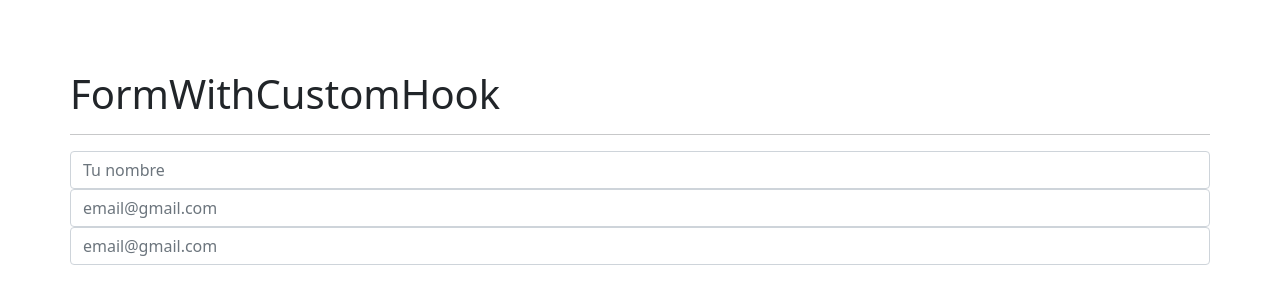
Repository: FlamesAlejandro/practicaReact
Page: /
An editor plug-in stored every save of this project. The page is shown before and after a run of saves, followed by the edit.
The browser window is 1280 px wide. The pictures show the whole page.
The project was rebuilt for these pictures with package versions that can differ from the ones it lists, and the page was loaded fresh each time.

Above is the page before, as saved 2021-05-26 16:38:35.

### public/index.html
<!DOCTYPE html>
<html lang="en">
  <head>
    <meta charset="utf-8" />
    <link rel="icon" href="%PUBLIC_URL%/favicon.ico" />
    <meta name="viewport" content="width=device-width, initial-scale=1" />
    <meta name="theme-color" content="#000000" />
    <meta
      name="description"
      content="Web site created using create-react-app"
    />

    <!--
      manifest.json provides metadata used when your web app is installed on a
      user's mobile device or desktop. See https://developers.google.com/web/fundamentals/web-app-manifest/
    -->
    <link rel="manifest" href="%PUBLIC_URL%/manifest.json" />
    <!--
      Notice the use of %PUBLIC_URL% in the tags above.
      It will be replaced with the URL of the `public` folder during the build.
      Only files inside the `public` folder can be referenced from the HTML.

      Unlike "/favicon.ico" or "favicon.ico", "%PUBLIC_URL%/favicon.ico" will
      work correctly both with client-side routing and a non-root public URL.
      Learn how to configure a non-root public URL by running `npm run build`.
    -->
       <!-- CSS only -->
<link href="https://cdn.jsdelivr.net/npm/bootstrap@5.0.1/dist/css/bootstrap.min.css" rel="stylesheet" integrity="sha384-+0n0xVW2eSR5OomGNYDnhzAbDsOXxcvSN1TPprVMTNDbiYZCxYbOOl7+AMvyTG2x" crossorigin="anonymous"></link>

    <title>Hooks App</title>
  </head>
  <body>
    <noscript>You need to enable JavaScript to run this app.</noscript>
    <div id="root"></div>
    <!--
      This HTML file is a template.
      If you open it directly in the browser, you will see an empty page.

      You can add webfonts, meta tags, or analytics to this file.
      The build step will place the bundled scripts into the <body> tag.

      To begin the development, run `npm start` or `yarn start`.
      To create a production bundle, use `npm run build` or `yarn build`.
    -->
  </body>
</html>

### src/index.js
import React from 'react';
import ReactDOM from 'react-dom';
import { FormWithCustomHook } from './components/useEffect/FormWithCustomHook';
// import { SimpleForm } from './components/useEffect/SimpleForm';
// import { CounterApp } from './components/01-useState/CounterApp';
// import { CounterWithCustomHook } from './components/01-useState/CounterWithCustomHook';
// import { HookApp } from './HookApp';

ReactDOM.render(

    <FormWithCustomHook />,

  document.getElementById('root')
);

### src/components/useEffect/FormWithCustomHook.js
import React, { useState } from 'react'
import './effect.css'

export const FormWithCustomHook = () => {

    const [formState, setFormState] = useState({
        name: '',
        email: ''
    });

    const { name, email } = formState;



    const handleInputChange = ({ target }) =>{

        setFormState({
            ...formState,
            [ target.name ]: target.value
        });
    };

    return (
        <>
            <h1>FormWithCustomHook</h1>
            <hr />

            <div className="form-group">
                <input
                    type="text"
                    name="name"
                    className="form-control"
                    placeholder="Tu nombre"
                    autoComplete="off"
                    value={ name }
                    onChange={ handleInputChange }
                 />
            </div>

            <div className="form-group">
                <input
                    type="text"
                    name="email"
                    className="form-control"
                    placeholder="email@gmail.com"
                    autoComplete="off"
                    value={ email }
                    onChange={ handleInputChange }
                 />
            </div>

            <div className="form-group">
                <input
                    type="text"
                    name="email"
                    className="form-control"
                    placeholder="email@gmail.com"
                    autoComplete="off"
                    value={ email }
                    onChange={ handleInputChange }
                 />
            </div>

        </>
    )
}

Loaded but not shown: src/components/useEffect/effect.css (common file)

After the next 5 saves:
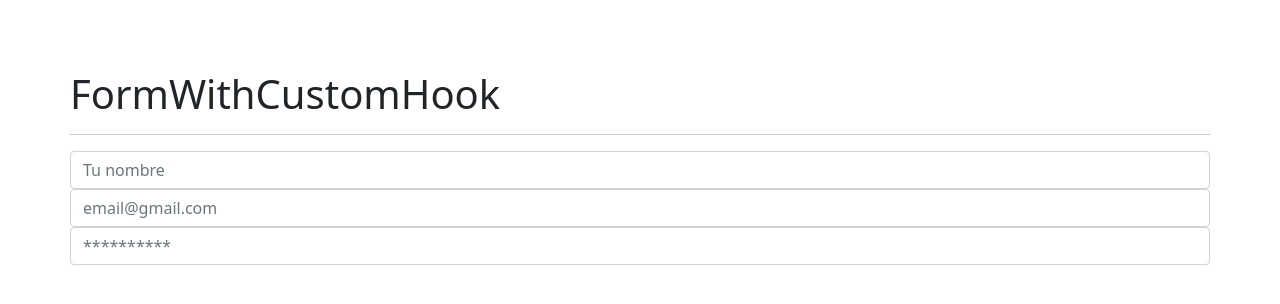
The 5 saves are shown as one change because 4 did not build or start.
The last was saved 52 s later.
--- a/src/components/useEffect/FormWithCustomHook.js
+++ b/src/components/useEffect/FormWithCustomHook.js
@@ -5,10 +5,11 @@ export const FormWithCustomHook = () => {
 
     const [formState, setFormState] = useState({
         name: '',
-        email: ''
+        email: '',
+        password: ''
     });
 
-    const { name, email } = formState;
+    const { name, email, password } = formState;
 
 
 
@@ -51,12 +52,12 @@ export const FormWithCustomHook = () => {
 
             <div className="form-group">
                 <input
-                    type="text"
-                    name="email"
+                    type="password"
+                    name="password"
                     className="form-control"
-                    placeholder="email@gmail.com"
+                    placeholder="**********"
                     autoComplete="off"
-                    value={ email }
+                    value={ password }
                     onChange={ handleInputChange }
                  />
             </div>
